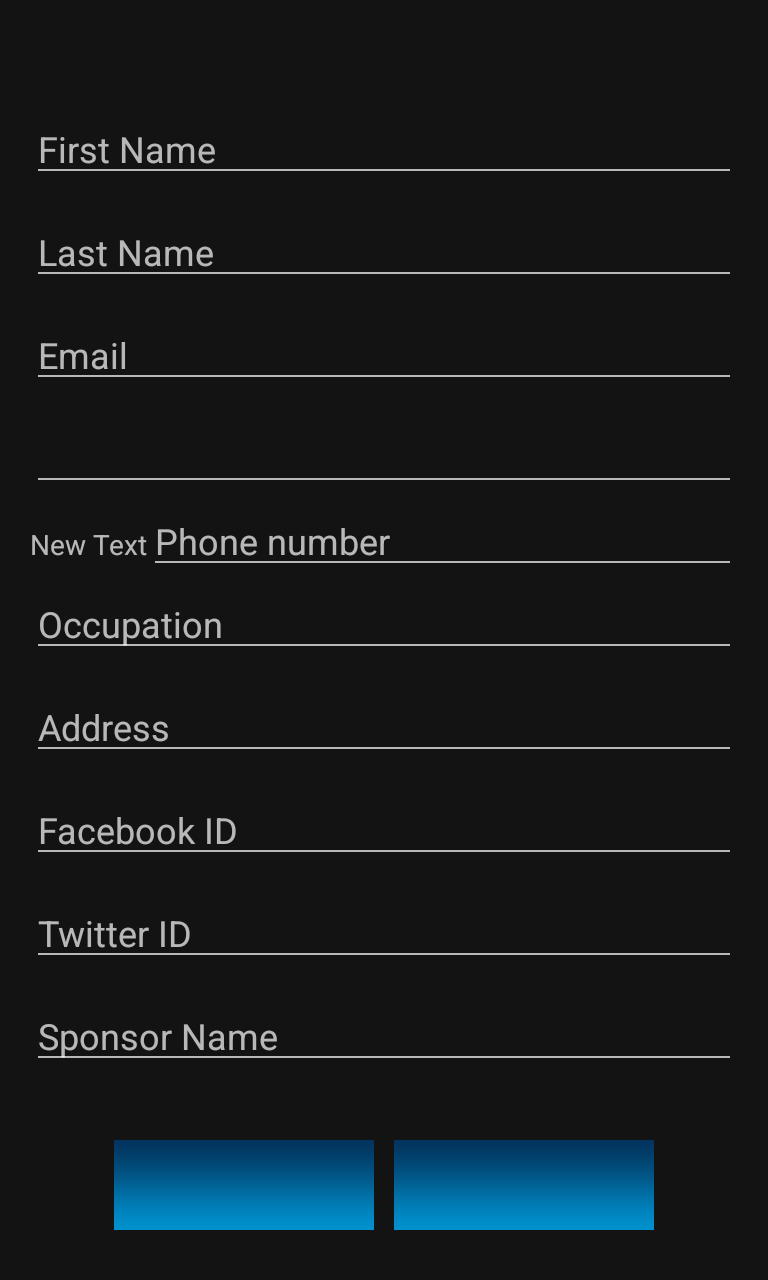
Repository: umeshdhuri/iOr
Layout: CharityApp/res/layout/update_profile.xml
These files come from the project's save history. The layout is drawn as it stood at one moment and after the next save; the edit follows.
It is drawn on a 768 x 1280 px phone screen (xhdpi) without system bars, with theme AppTheme; the app's code is not run.

Above is the layout before, as saved 2014-04-09 17:42:58.

After the next save:
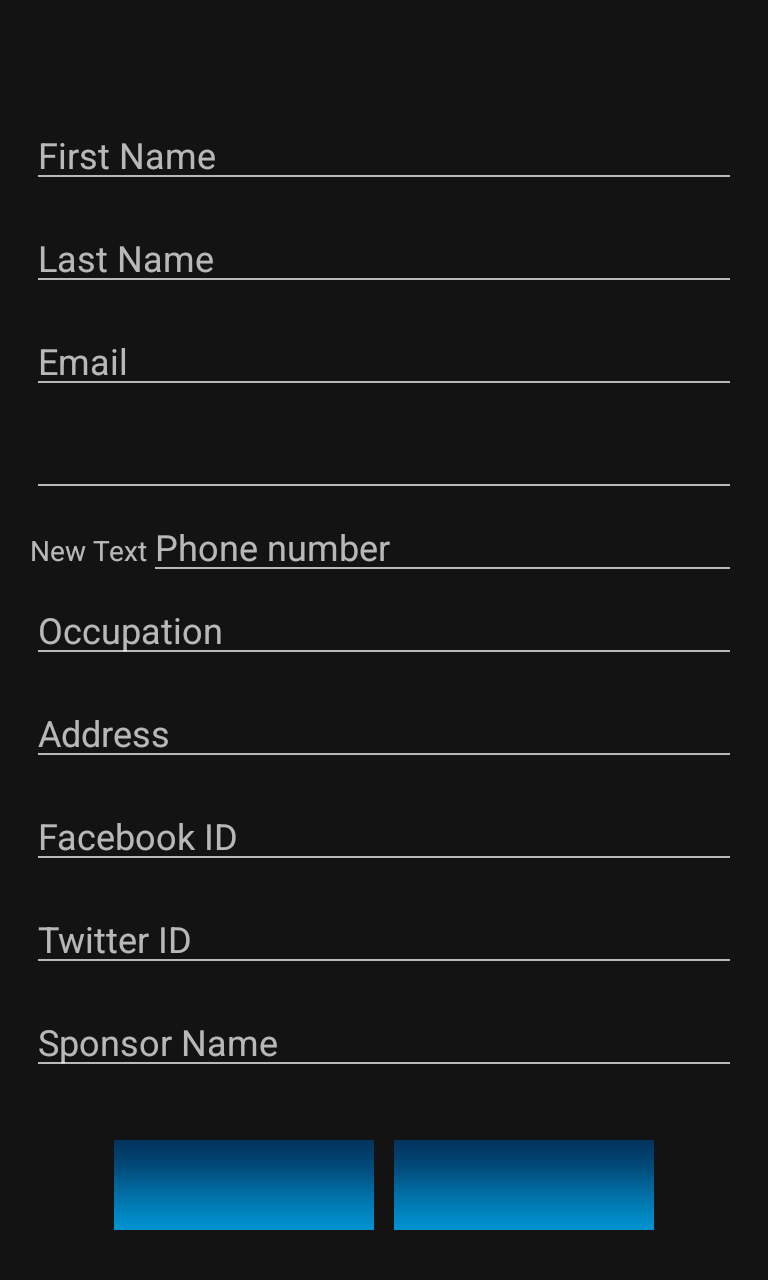
Saved 6 s later.
--- a/CharityApp/res/layout/update_profile.xml
+++ b/CharityApp/res/layout/update_profile.xml
@@ -55,7 +55,7 @@
         android:layout_width="wrap_content"
         android:layout_height="wrap_content"
         android:layout_marginTop="5dp"
-        android:layout_marginBottom="5dp"
+        android:layout_marginBottom="8dp"
         android:tag="about_update_profile"
         android:textSize="20sp"
         android:textStyle="bold"
